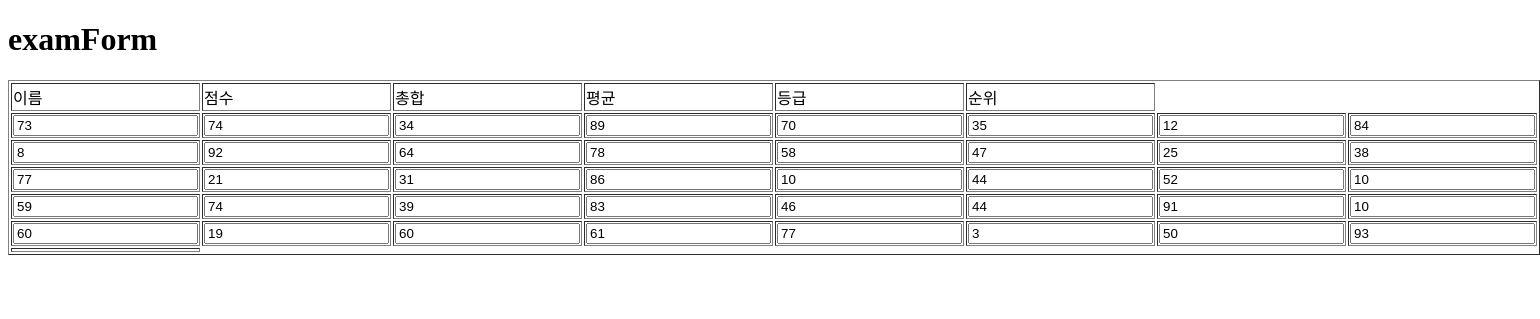
Repository: Jhoon0211/java_work
Page: http://localhost/jspProj/exam/examForm.jsp
These files come from the project's save history. The page is drawn as it stood at one moment and after a run of saves; the edit follows.
The browser window is 1280 px wide. The page is 1540 px wide, so the pictures cover 1540 px, including what lies to the right of the window. The pictures show the whole page.
The page is served by Tomcat 9.

Above is the page before, as saved 2023-07-31 06:59:37.

After the next 2 saves:
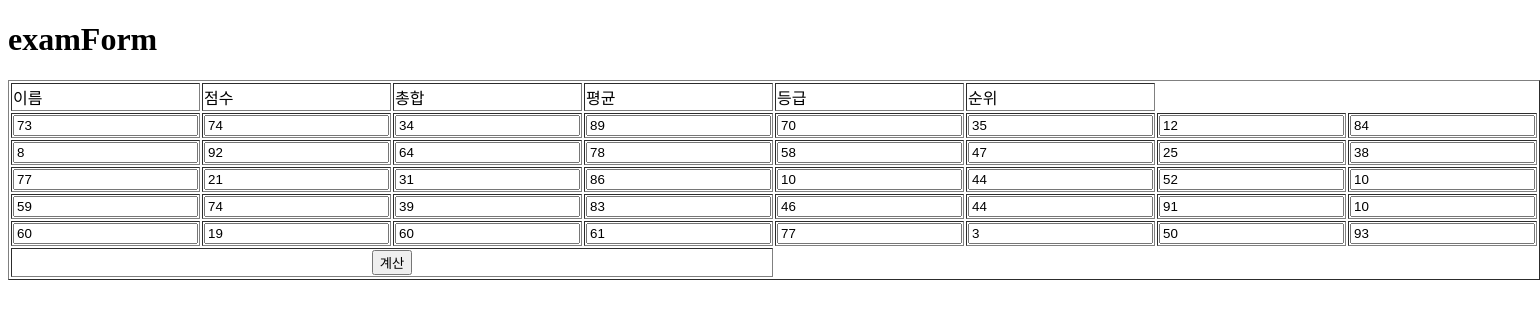
The 2 saves are shown as one change because they came seconds apart.
The last was saved 31 s later.
--- a/jspProj/src/main/webapp/exam/examForm.jsp
+++ b/jspProj/src/main/webapp/exam/examForm.jsp
@@ -31,7 +31,9 @@
 			</tr>
 			<% } %>
 			<tr>
-				<td></td>
+				<td colspan="4" align="center">
+					<input type="submit" value="계산" />
+				</td>
 			</tr>
 		</table>
 	</form>
